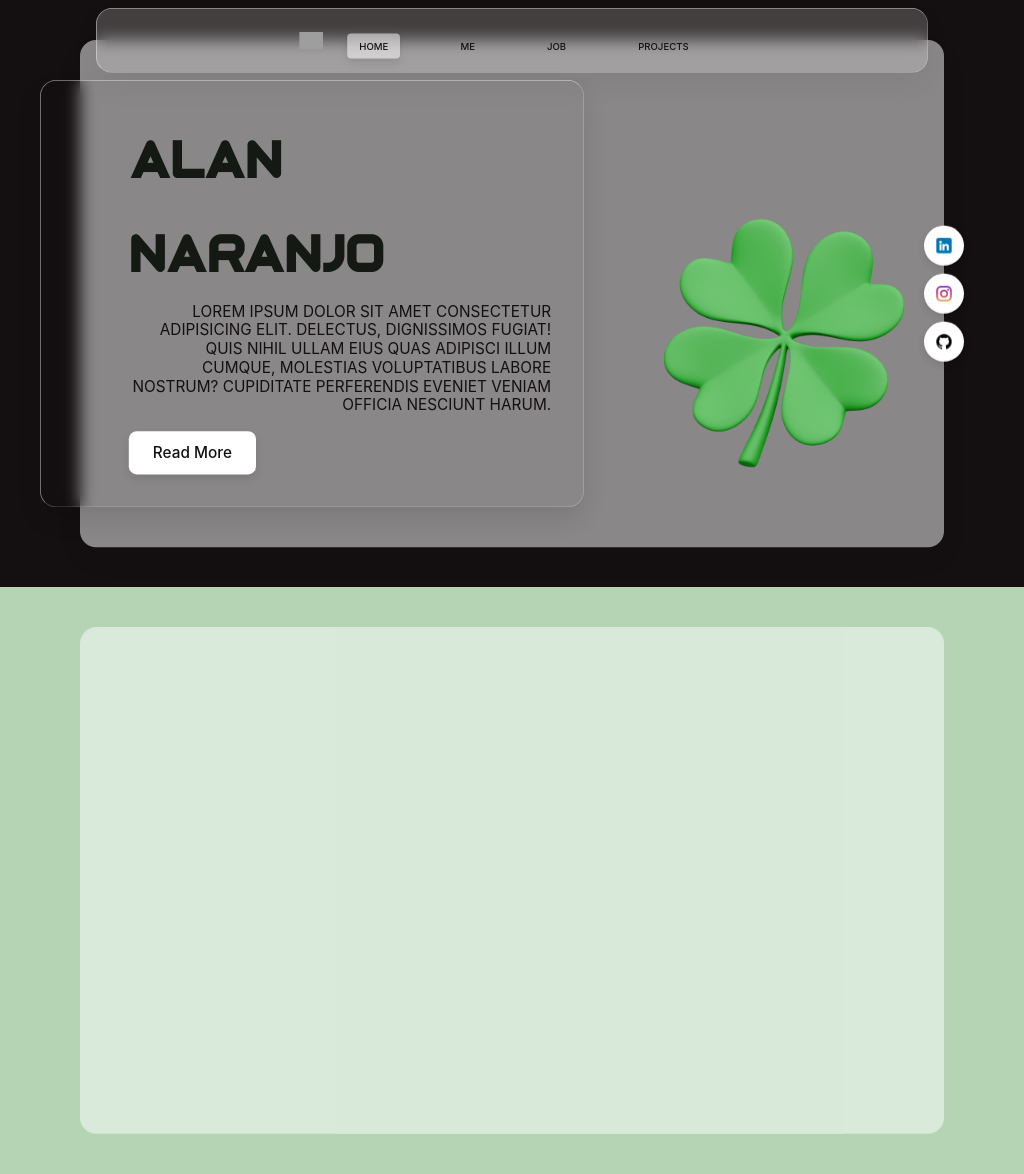
Repository: L-A-M-J-O/Me-sitio-Web
Page: / (app in my-project/)
The author's editor kept a copy of each file at every save. The page is drawn from the files as they stood at one save, then again after the next save.
The browser window is 1280 px wide. The pictures show the whole page, at 80% of full size.
Pictures or frames that could not be fetched are drawn as grey boxes. The project was rebuilt for these pictures with package versions that can differ from the ones it lists, and the page was loaded fresh each time.

Above is the page before, as saved 2022-09-19 16:54:11.

### my-project/src/App.jsx
import './App.css';
import Me from './components/Me/Me';

import Navbar from './components/Navbar/Navbar'


function App() {
  return (
    <>
      <Navbar/>
      <Me/>
    </>


  );
}

export default App;

### my-project/src/App.css
 * {
    margin: 0;
    padding: 0;
    box-sizing: border-box;
 }

### my-project/src/components/Me/Me.jsx
import React from 'react'

import '../Me/Me.css'

function Me() {
  return (
    <div className='section-me' id='me'>
      <div className='container-m-me'>

      </div>
    </div>
  )
}

export default Me

### my-project/src/components/Navbar/Navbar.jsx
import React from 'react'

import {Link} from 'react-scroll'

import logotipo from '../../assets/img/logotipo.png'
import icon from '../../assets/img/icon.png'
import instagram from '../../assets/img/instagram.png'
import linkedin from '../../assets/img/linkedin.png'
import github from '../../assets/img/github.png'

import '../Navbar/Navbar.css'


function Navbar() {
  return (
    <section id='nav'>
      <div className='container-m'>
        <header>
          <Link to='nav' className='logo'><img src={ icon} alt='icon' width={30}/></Link>
          <ul>
            <li><Link to='nav' className='active'>Home</Link></li>
            <li><Link to='me' href='#' className=''>Me</Link></li>
            <li><Link href='#' className=''>Job</Link></li>
            <li><Link href='#' className=''>Projects</Link></li>
          </ul>
        </header>
        <div className='content'>
          <h2>Alan Naranjo</h2>
          <p>Lorem ipsum dolor sit amet consectetur adipisicing elit. Delectus, dignissimos fugiat! Quis nihil ullam eius quas adipisci illum cumque, molestias voluptatibus labore nostrum? Cupiditate perferendis eveniet veniam officia nesciunt harum.</p>
          <Link href='#'>Read More</Link>
        </div>
        <div className='img-icon'>
          <img src={ logotipo } alt='logotipo'/>
        </div>
        <ul className='sci'>
          <li><Link href='#'><img src={linkedin} alt='linkedin'/></Link></li>
          <li><Link href='#'><img src={instagram} alt='instagram'/></Link></li>
          <li><Link href='#'><img src={github} alt='github'/></Link></li>
        </ul>
      </div>
    </section>
  )
}

export default Navbar

### my-project/src/components/Me/Me.css
.section-me {
    display: flex;
    justify-content: center;
    align-items: center;
    min-height: 100vh;
    background-color: #B4D4B4;
    background-position: center;
    background-attachment: fixed;
    padding: 50px;
}
.container-m-me {
    position: relative;
    width: calc(100% - 100px);
    height: 88vh;
    background-color: rgba(255, 255, 255, 0.5);
    /* box-shadow: 0 15px 35px rgb(0 0 0 / 5%); */
    border-radius: 20px;
    display: flex;
    justify-content: space-between;
    align-items: center;
    padding: 50px;
}

### my-project/src/components/Navbar/Navbar.css
@font-face {
    font-family: Osiris;
    src: url(../../assets//img/Osiris.otf);
}

section {
    display: flex;
    justify-content: center;
    align-items: center;
    min-height: 100vh;
    background-color: #140f10;
    background-position: center;
    background-attachment: fixed;
    padding: 50px;
}
.container-m{
    position: relative;
    width: calc(100% - 100px);
    height: 88vh;
    background-color: rgba(255, 255, 255, 0.5);
    box-shadow:  0 15px 35px rgba(0, 0, 0, 0.05);
    border-radius: 20px;
    display: flex;
    justify-content: space-between;
    align-items: center;
    padding: 50px;
}
header {
    position: absolute;
    top: -40px;
    right: 20px;
    left: 20px;
    padding: 20px 50px;
    display: flex;
    justify-content: center;
    align-items: baseline;
    background: rgba(255, 255, 255, 0.2);
    box-shadow:  0 15px 35px rgba(0, 0, 0, 0.05);
    border-radius: 20px;
    backdrop-filter: blur(10px);
    border: 1px solid rgba(255, 255, 255, 0.25);
    border-top: 1px solid rgba(255, 255, 255, 0.5);
    border-left: 1px solid rgba(255, 255, 255, 0.5);
}

header .logo {
    color: #140f10;
    font-weight: 700;
    text-decoration: none;
    font-size: 2rem;
}
header ul {
    display: flex;
}
header ul li {
    list-style: none;
    margin:  0 30px;
}
header ul li a {
    border: var(--default-border-width) solid var(--default-border-color);
    border-radius: var(--default-border-radius);
    text-transform: uppercase;
    font-weight: 500;
    font-size: max(12px,.9375vw);
    padding: 0 1.3333em;
    height: 2.5555em;
    line-height: 1.2222222222;
    transition: background-color .15s ease-in-out;
    -webkit-appearance: none;
    appearance: none;
    text-decoration: none;
    color: #140f10;
    padding: 8px 15px;
    border-radius: 25px;
    cursor: pointer;
}
header ul li a:hover,
header ul li a.active {
    border-radius: 5px;
    background-color: #ffffff81;
    color: #140f10;
    box-shadow: 0 5px 10px rgba(0, 0, 0, 0.1);
}

.content {
    transform: translateX(-100px);
    max-width: 700px;
    box-shadow:  0 15px 30px rgba(0, 0, 0, 0.1);
    border-radius: 20px;
    backdrop-filter: blur(10px);
    border: 1px solid rgba(255, 255, 255, 0.25);
    border-top: 1px solid rgba(255, 255, 255, 0.5);
    border-left: 1px solid rgba(255, 255, 255, 0.5);
    padding: 40px;
    padding-left: 110px;
}
.content h2 {
    font-family: Osiris;
    font-size: 4rem;
    line-height: 1.85;
    text-transform: lowercase;
    margin: 0;
    color: #141914;
}
.content p {
    text-align: end;
    border: var(--default-border-width) solid var(--default-border-color);
    border-radius: var(--default-border-radius);
    text-transform: uppercase;
    font-weight: 400;
    font-size: max(12px,.9375vw);
    line-height: 1.2222222222;
    transition: background-color .15s ease-in-out;
    -webkit-appearance: none;
    appearance: none;
    font-size: 1.2em;
    color: #140f10;
}
.content a {
    display: inline-block;
    padding: 15px 30px;
    background: #fff;
    color: #140f10;
    margin-top: 20px;
    border-radius: 10px;
    font-size: 1.2em;
    font-weight: 500;
    text-decoration: none;
    box-shadow:  0 5px 10px rgba(0, 0, 0, 0.1);
}
.img-icon img {
    max-width: 400px;
    animation: animate 5s linear infinite;
}
@keyframes animate {
    0%,100%{
        transform: translateY(50px);
    }
    50% {
        transform: translateY(100px);
    }
}
.sci {
    position: absolute;
    right: -25px;
    display: flex;
    justify-content: center;
    align-items: center;
    flex-direction: column;
}
.sci li {
    list-style: none;
}
.sci li a {
    text-decoration: none;
    width: 50px;
    height: 50px;
    background: #fff;
    display: flex;
    justify-content: center;
    align-items: center;
    border-radius: 50%;
    margin: 5px 0;
    box-shadow: 0 5px 10px rgba(0, 0, 0, 0.1);
}
.sci li a img {
    transform: scale(0.6);
    transition: 0.5s;
}
sci li:hover a img {
    transform: scale(0.6) rotate(360deg);
}

Loaded but not shown: my-project/src/index.js (common file); my-project/src/index.css (common file); my-project/src/reportWebVitals.js (common file)

After the next save:
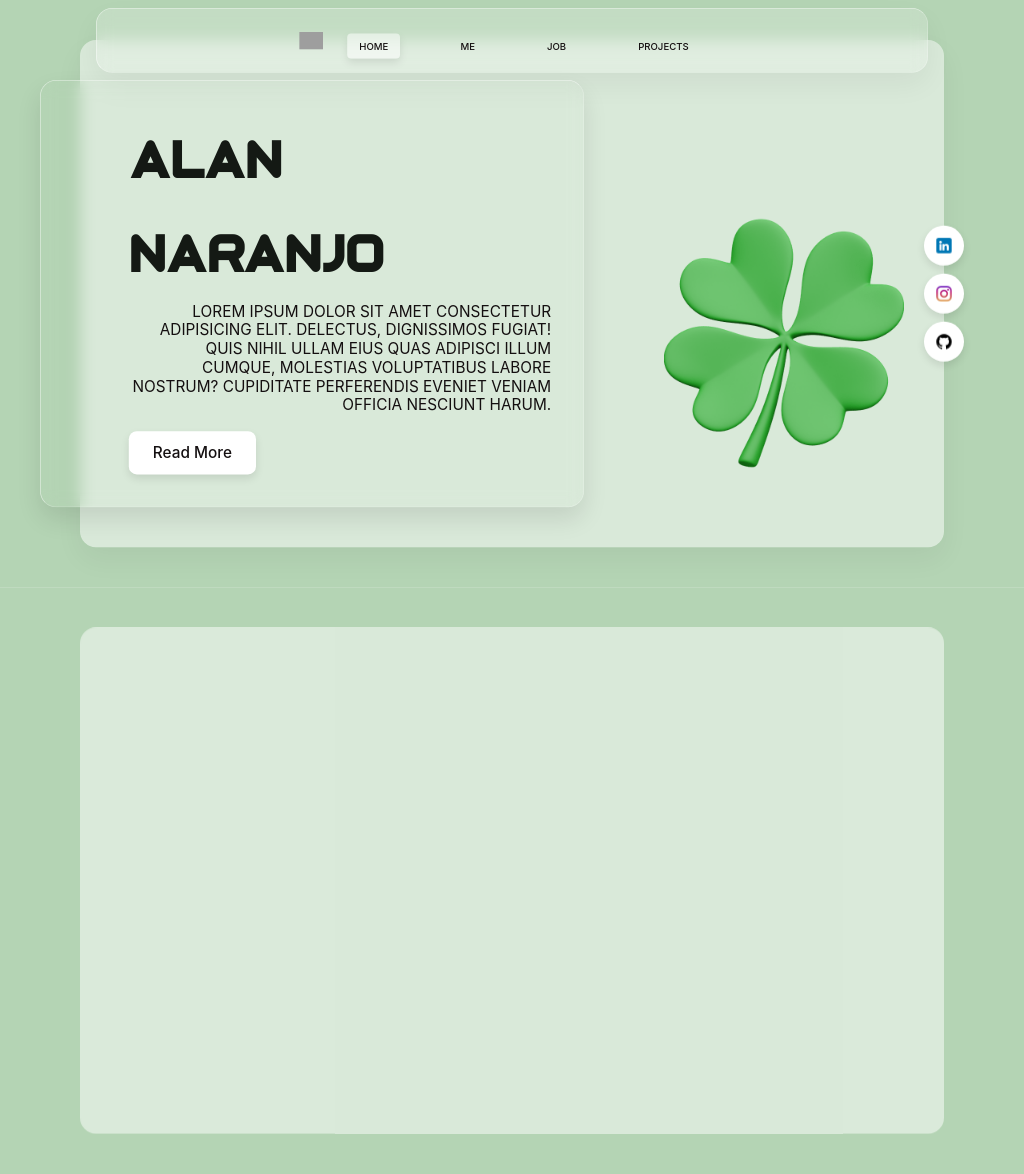
Saved 22 s later.
--- a/my-project/src/components/Navbar/Navbar.css
+++ b/my-project/src/components/Navbar/Navbar.css
@@ -8,11 +8,12 @@ section {
     justify-content: center;
     align-items: center;
     min-height: 100vh;
-    background-color: #140f10;
+    background-color: #B4D4B4;
     background-position: center;
     background-attachment: fixed;
     padding: 50px;
 }
+
 .container-m{
     position: relative;
     width: calc(100% - 100px);
